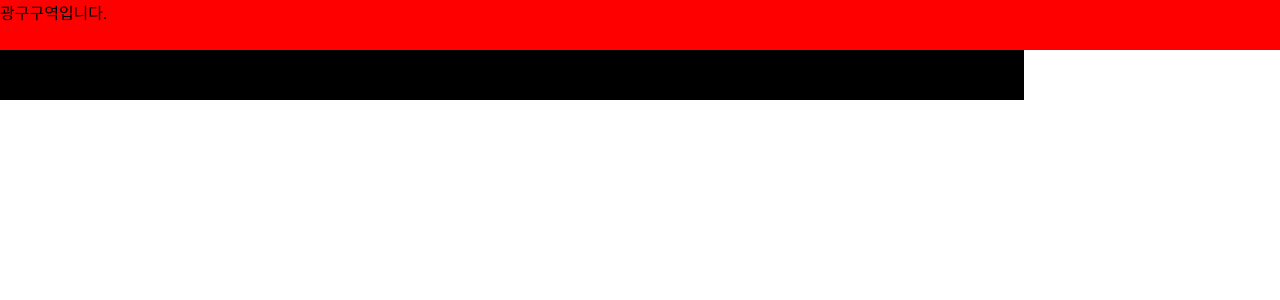
Repository: leehyeonung/myproject
Page: http://localhost/myproject/
An editor plug-in stored every save of this project. The page is shown before and after the next save, followed by the edit.
The browser window is 1280 px wide. The pictures show the whole page.
The page is served by Tomcat 9.

Above is the page before, as saved 2023-03-15 12:27:20.

### myproject/src/main/webapp/index.jsp
<%@ page language="java" contentType="text/html; charset=EUC-KR"
    pageEncoding="EUC-KR"%>
<!DOCTYPE html>
<html>
<head>
<meta charset="EUC-KR">
<title>index</title>
</head>
<body>
<jsp:include page="header.jsp"></jsp:include>
<section>

</section>
<jsp:include page="footer.jsp"></jsp:include>
</body>
</html>

### myproject/src/main/webapp/header.jsp
<%@ page language="java" contentType="text/html; charset=EUC-KR"
    pageEncoding="EUC-KR"%>
<!DOCTYPE html>
<html>
<head>
<script type="text/javascript" src="/resuorces/js/ad.js"></script>
<meta charset="EUC-KR">
<title>header</title>
<link rel="stylesheet" type="text/css" href="/resources/css/header.css">
</head>
<body>
<div class="ad">
광구구역입니다.
</div>

<header>
<div class="searchbox">
로고 네이버 검색창~
</div>

<nav>
</nav>
</header>
</body>
</html>

### myproject/src/main/webapp/footer.jsp
<%@ page language="java" contentType="text/html; charset=EUC-KR"
    pageEncoding="EUC-KR"%>
<!DOCTYPE html>
<html>
<head>
<meta charset="EUC-KR">
<title>footer</title>
</head>
<body>

</body>
</html>

### myproject/src/main/webapp/resources/js/ad.js
function close_ad() {
    document.getElementById("ad").style.display='none';
}

### myproject/src/main/webapp/resources/css/header.css
*{
	margin: 0px;
	padding: 0px;
}

.ad{
	height: 50px;
	background-color: red;
}
.searchbox{
	width:80%;
	margin:0px;
	height: 50px;
	background-color: black;
}

After the next save:
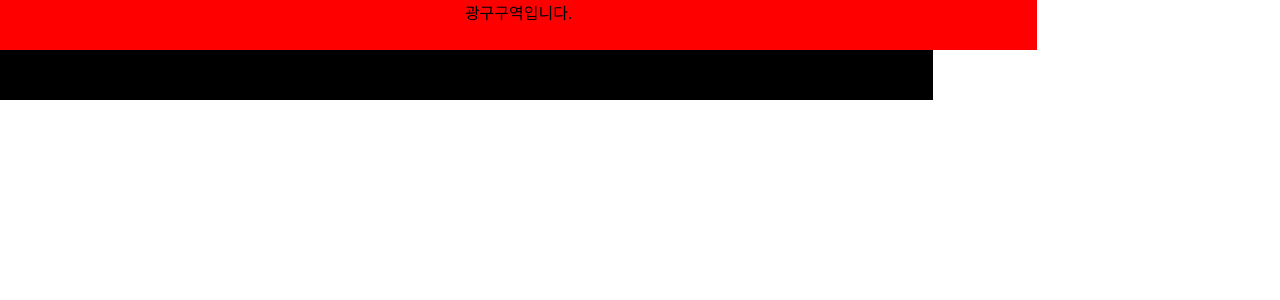
Saved 23 s later.
--- a/myproject/src/main/webapp/resources/css/header.css
+++ b/myproject/src/main/webapp/resources/css/header.css
@@ -1,14 +1,17 @@
 *{
+	width:90%;
+	text-align:center;
 	margin: 0px;
 	padding: 0px;
 }
 
 .ad{
+	width:100%;
 	height: 50px;
 	background-color: red;
 }
 .searchbox{
-	width:80%;
+	width:100%;
 	margin:0px;
 	height: 50px;
 	background-color: black;
